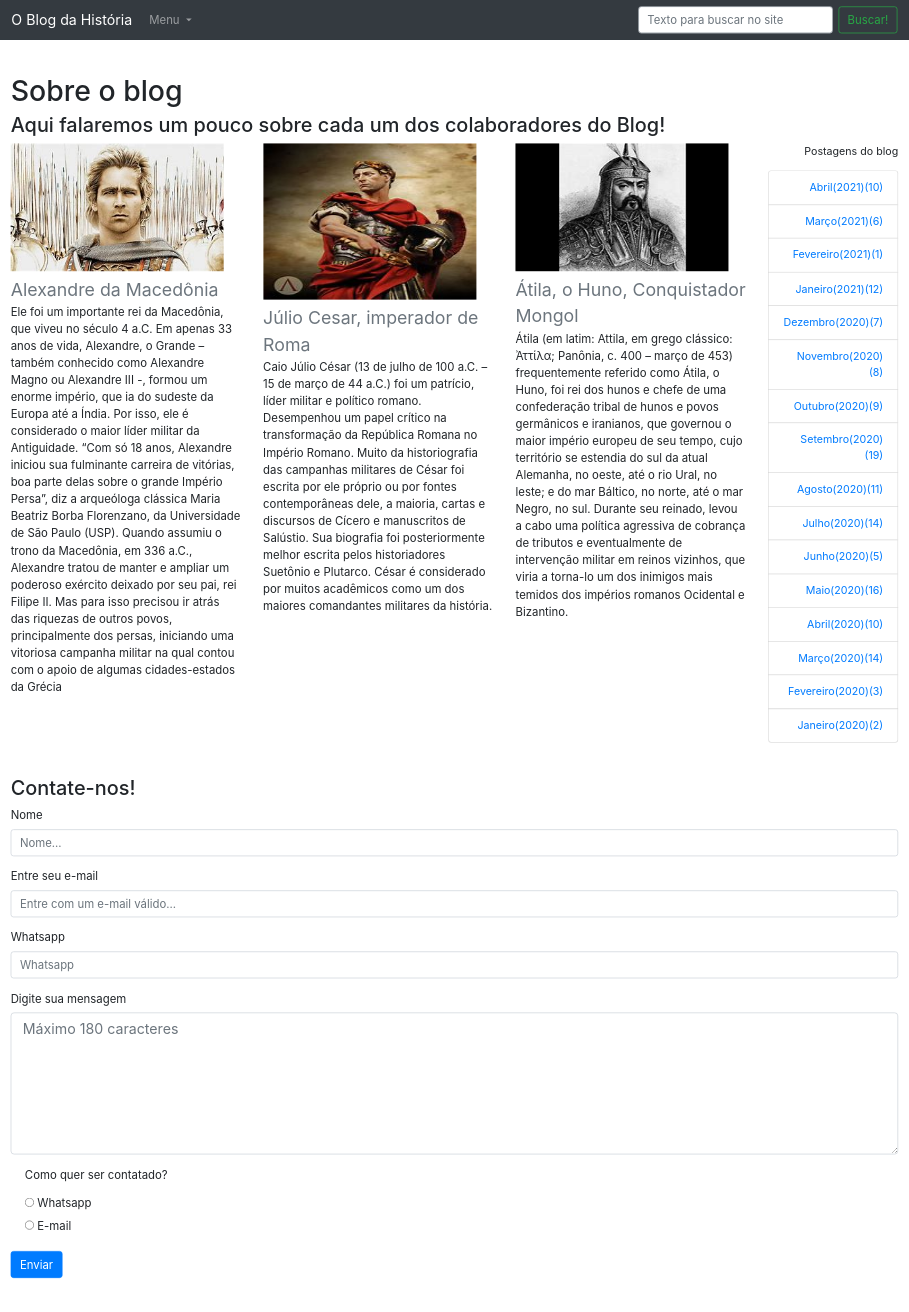
Repository: xhenrique/blog_layout_bootstrap
Page: source/sobre.html
An editor plug-in stored every save of this project. The page is shown before and after the next save, followed by the edit.
The browser window is 1280 px wide. The pictures show the whole page, at 71% of full size.

Above is the page before, as saved 2021-04-25 02:54:31.

After the next save:
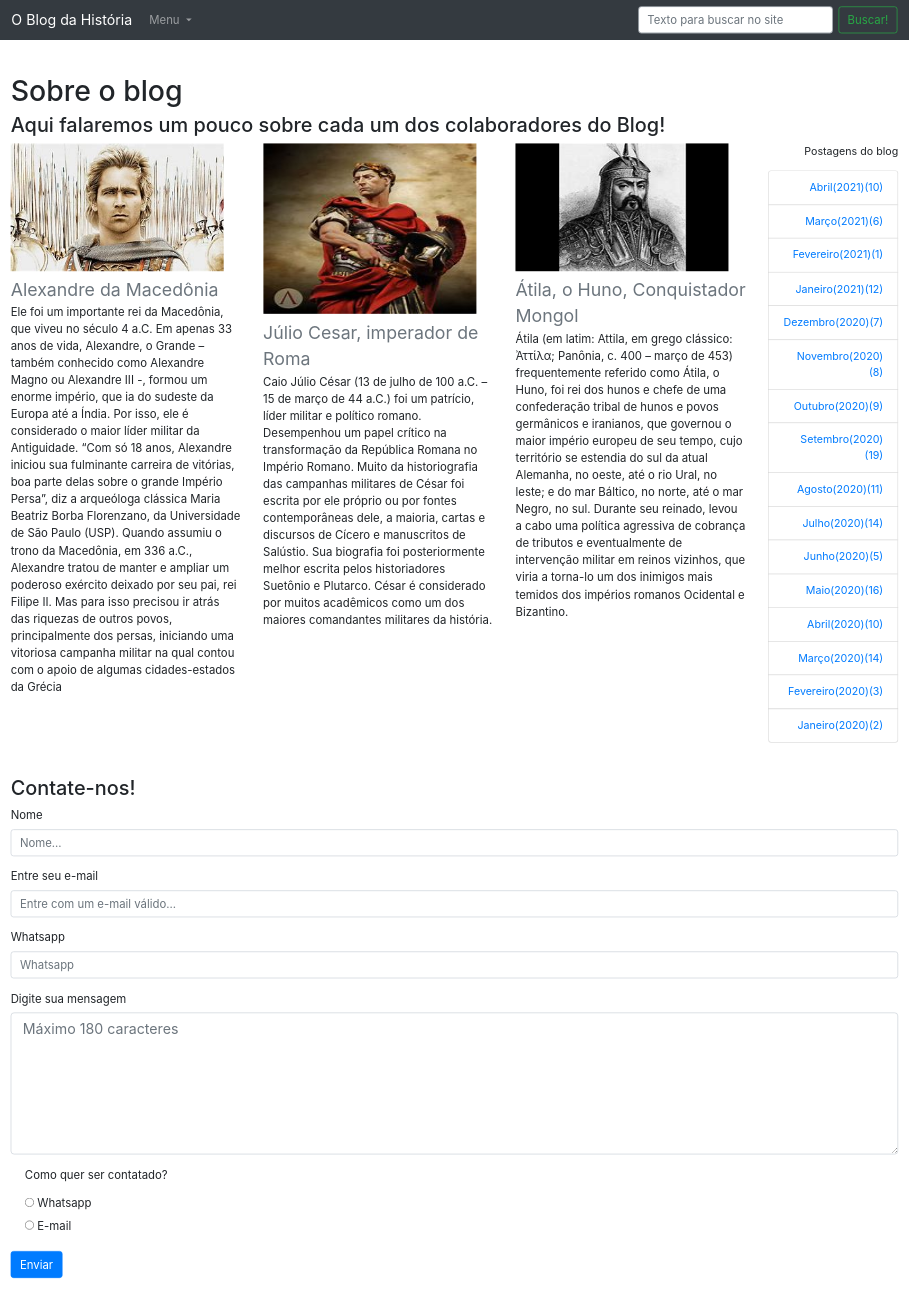
Saved 9 s later.
--- a/source/sobre.html
+++ b/source/sobre.html
@@ -59,7 +59,7 @@
                 <p>Ele foi um importante rei da Macedônia, que viveu no século 4 a.C. Em apenas 33 anos de vida, Alexandre, o Grande – também conhecido como Alexandre Magno ou Alexandre III -, formou um enorme império, que ia do sudeste da Europa até a Índia. Por isso, ele é considerado o maior líder militar da Antiguidade. “Com só 18 anos, Alexandre iniciou sua fulminante carreira de vitórias, boa parte delas sobre o grande Império Persa”, diz a arqueóloga clássica Maria Beatriz Borba Florenzano, da Universidade de São Paulo (USP). Quando assumiu o trono da Macedônia, em 336 a.C., Alexandre tratou de manter e ampliar um poderoso exército deixado por seu pai, rei Filipe II. Mas para isso precisou ir atrás das riquezas de outros povos, principalmente dos persas, iniciando uma vitoriosa campanha militar na qual contou com o apoio de algumas cidades-estados da Grécia</p>
             </div>
             <div class="col">
-                <img class="figure-img" src="../img/th.jfif" alt="imperador" style="height: 220px; width: 300px">
+                <img class="figure-img" src="../img/th.jfif" alt="imperador" style="height: 240px; width: 300px">
                 <figcaption class="figure-caption" style="font-size: 25px;">
                     Júlio Cesar, imperador de Roma
                 </figcaption>
